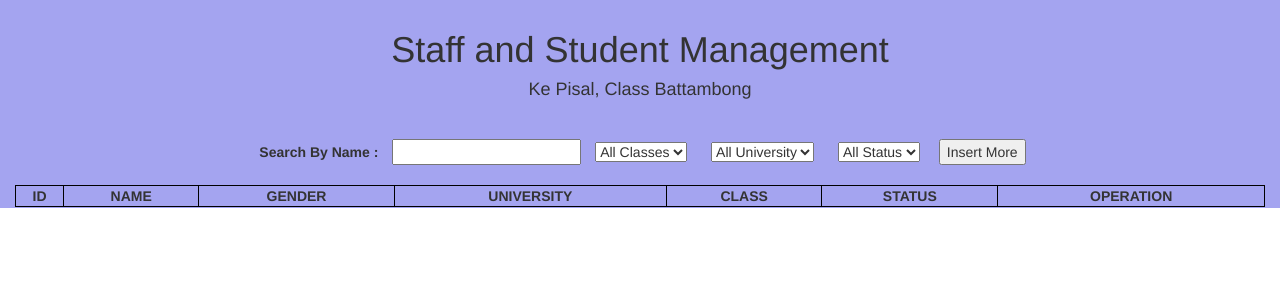
Repository: kepisal/ServletJAVA
Page: http://localhost/AjaxStaffandStudent/
The author's editor kept a copy of each file at every save. The page is drawn from the files as they stood at one save, then again after the next save.
The browser window is 1280 px wide. The pictures show the whole page.
The page is served by Tomcat 9. Queries for data that is not in the repository find no rows.

Above is the page before, as saved 2015-07-10 13:37:21.

After the next save:
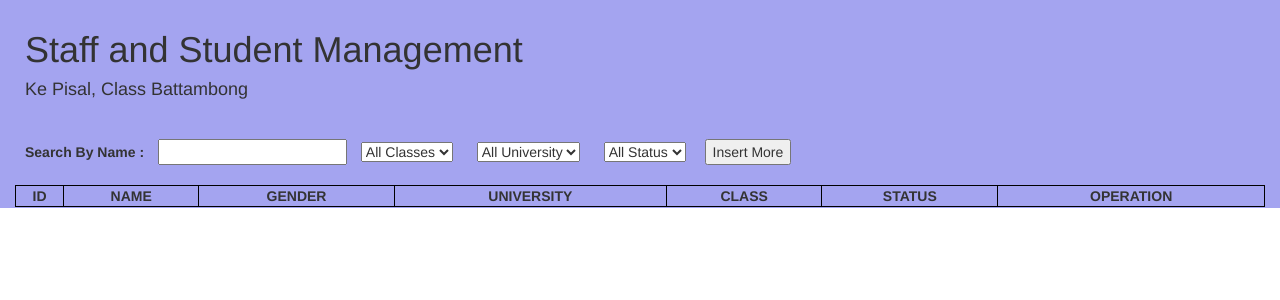
Saved 11 s later.
--- a/AjaxStaffandStudent/WebContent/index.jsp
+++ b/AjaxStaffandStudent/WebContent/index.jsp
@@ -49,7 +49,7 @@ form{float:left;}
 </style>
 </head>
 <body>
-	<div class="maincontent text-center col-sm-12">
+	<div class="maincontent col-sm-12">
 		<div id="sheader">
 			<div id="title">
 				<h1>Staff and Student Management</h1>
